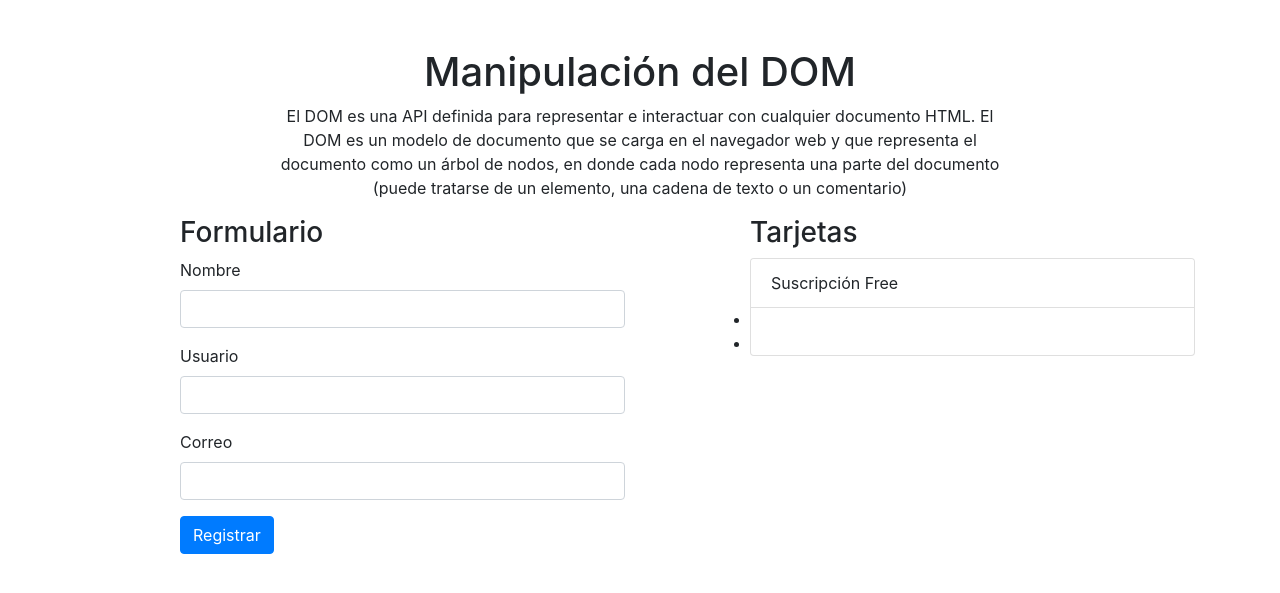
Repository: pedro-donoso/manipulacion-dom
Page: index.html
The author's editor kept a copy of each file at every save. The page is drawn from the files as they stood at one save, then again after a run of saves.
The browser window is 1280 px wide. The pictures show the whole page.

Above is the page before, as saved 2024-02-05 21:20:12.

### index.html
<!doctype html>
<html lang="es">

<head>
    <!-- Required meta tags -->
    <meta charset="utf-8">
    <meta name="viewport" content="width=device-width, initial-scale=1, shrink-to-fit=no">

    <!-- Bootstrap CSS -->
    <link rel="stylesheet" href="https://cdn.jsdelivr.net/npm/bootstrap@4.3.1/dist/css/bootstrap.min.css"
        integrity="sha384-ggOyR0iXCbMQv3Xipma34MD+dH/1fQ784/j6cY/iJTQUOhcWr7x9JvoRxT2MZw1T" crossorigin="anonymous">

    <title>Manipulación del DOM</title>
</head>

<body>

    <main class="container">
        <div class="row mt-5 text-center">
            <div class="col-12 col-md-8 offset-md-2">
                <h1>Manipulación del DOM</h1>
                <p>
                    El DOM es una API definida para representar e interactuar con cualquier documento HTML. El DOM es un modelo de documento que se carga en el navegador web y que representa el documento como un árbol de nodos, en donde cada nodo representa una parte del documento (puede tratarse de un elemento, una cadena de texto o un comentario)
                </p>
            </div>
        </div>
        <div class="row">
            <div class="col-12 col-md-5 offset-md-1">
                <h3>Formulario</h3>
                <form>
                    <label>Nombre</label>
                    <input type="text" class="form-control mb-3">
                    <label>Usuario</label>
                    <input type="text" class="form-control mb-3">
                    <label>Correo</label>
                    <input type="email" class="form-control mb-3">
                    <div>
                        <button class="btn btn-primary mb-3">Registrar</button>
                    </div>
                </form>
            </div>
            <div class="col-12 col-md-5 offset-md-1">
                <h3>Tarjetas</h3>
                <div class="card">
                    <ul class="list-group list-group-flush">
                        <li class="list-group-item d-flex justify-content-between">
                            <div class="d-flex flex-column">
                                <span>Suscripción Free</span>
                                <small class="text-muted"></small>
                            </div>
                        </li>
                        <li>
                            <div>
                                <span></span>
                                <small></small>
                            </div>
                        </li>
                        <li>
                            <div>
                                <span></span>
                                <small></small>
                            </div>
                        </li>
                    </ul>
                </div>
            </div>
        </div>
    </main>

    <!-- Optional JavaScript -->
    <!-- jQuery first, then Popper.js, then Bootstrap JS -->
    <script src="https://code.jquery.com/jquery-3.3.1.slim.min.js"
        integrity="sha384-q8i/X+965DzO0rT7abK41JStQIAqVgRVzpbzo5smXKp4YfRvH+8abtTE1Pi6jizo"
        crossorigin="anonymous"></script>
    <script src="https://cdn.jsdelivr.net/npm/popper.js@1.14.7/dist/umd/popper.min.js"
        integrity="sha384-UO2eT0CpHqdSJQ6hJty5KVphtPhzWj9WO1clHTMGa3JDZwrnQq4sF86dIHNDz0W1"
        crossorigin="anonymous"></script>
    <script src="https://cdn.jsdelivr.net/npm/bootstrap@4.3.1/dist/js/bootstrap.min.js"
        integrity="sha384-JjSmVgyd0p3pXB1rRibZUAYoIIy6OrQ6VrjIEaFf/nJGzIxFDsf4x0xIM+B07jRM"
        crossorigin="anonymous"></script>

        <script src="./app.js"></script>
</body>

</html>

Loaded but not shown: app.js (no copy from this time; the picture is the same without it)

After the next 3 saves:
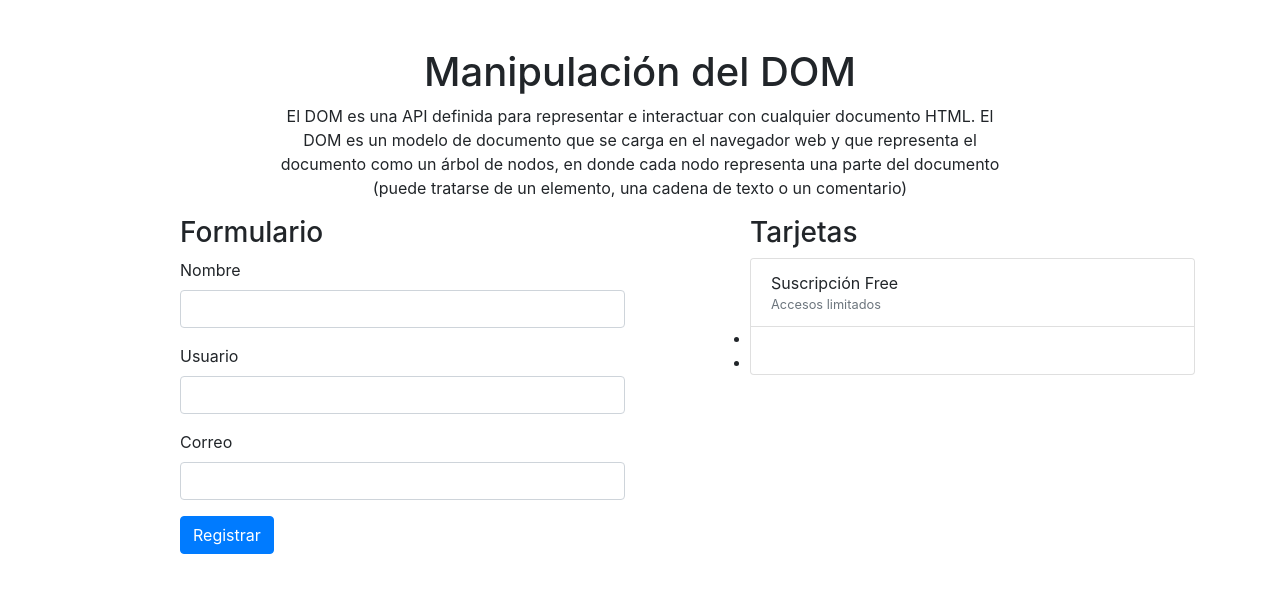
The 3 saves are shown as one change because they came seconds apart.
The last was saved 10 s later.
--- a/index.html
+++ b/index.html
@@ -46,7 +46,7 @@
                         <li class="list-group-item d-flex justify-content-between">
                             <div class="d-flex flex-column">
                                 <span>Suscripción Free</span>
-                                <small class="text-muted"></small>
+                                <small class="text-muted">Accesos limitados</small>
                             </div>
                         </li>
                         <li>
